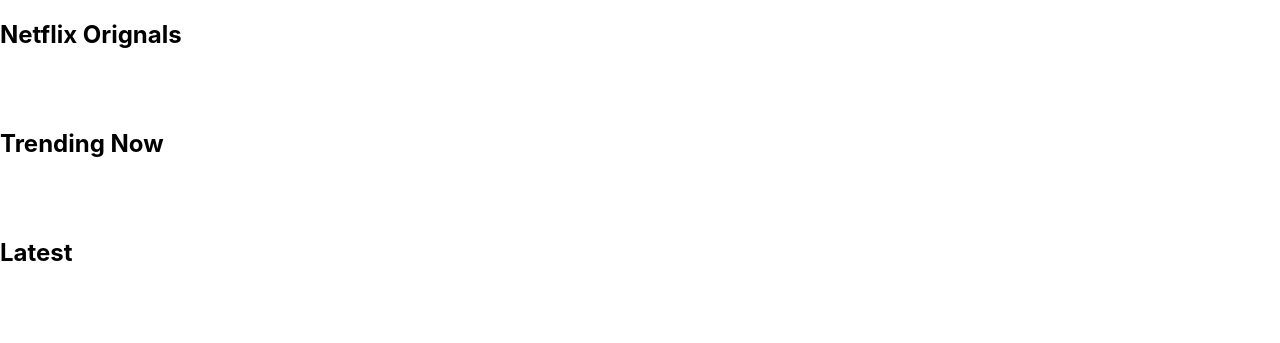
Repository: shehriyarnadeem/netflix-clone
Page: /
An editor plug-in stored every save of this project. The page is shown before and after the next save, followed by the edit.
The browser window is 1280 px wide. The pictures show the whole page.
Pictures or frames that could not be fetched are drawn as grey boxes. The page's requests for data from a server got no answer. The project was rebuilt for these pictures with package versions that can differ from the ones it lists, and the page was loaded fresh each time. No one was signed in, and anything a server would have sent is missing.

Above is the page before, as saved 2020-08-01 14:00:01.

### src/App.js
import React from "react";
import Banner from "./Banner";
import Row from "./components/Row";
import requests from "./Requests";
function App() {
  return (
    <div className="App">
      {/* Banner */}
      <Banner />
      <Row
        title="Netflix Orignals"
        fetchUrl={requests.fetchTrending}
        isLargeRow
      />
      <Row title="Trending Now" fetchUrl={requests.fetchTrending} />
      <Row title="Latest" fetchUrl={requests.fetchTrending} />
    </div>
  );
}

export default App;

### src/Banner.js
import React, { useState, useEffect } from "react";
import axios from "./axios";

import requests from "./Requests";

const Banner = () => {
  const [movie, setMovie] = useState([]);

  useEffect(() => {
    async function fetchBanner() {
      const request = await axios.get(requests.fetchTrending);
      setMovie(request.data.results[0]);
      return request;
    }
    fetchBanner();
  }, []);

  console.log(movie);
  return (
    <>
      <header
        className="banner"
        style={{
          backgroundImage: `url("https://image.tmdb.org/t/p/original/${movie?.backdrop_path}")`,
          backgroundSize: "cover",
          backgroundPosition: "center center",
        }}
      >
        <div className="banner__contents">
          <h2>{movie?.name || movie?.title || movie?.original_name}</h2>
        </div>
      </header>
    </>
  );
};

export default Banner;

### src/components/Row.js
import React, { useState, useEffect } from "react";
import axios from "../axios";
import "./Row.css";
const base_url = "https://image.tmdb.org/t/p/original";
const Row = ({ title, fetchUrl, isLargeRow }) => {
  const [movies, setMovies] = useState([]);

  useEffect(() => {
    async function fetchData() {
      const request = await axios.get(fetchUrl);
      setMovies(request.data.results);
      return request;
    }
    fetchData();
  }, [fetchUrl]);

  return (
    <div className="row">
      <h2>{title} </h2>
      <div className="row__posters">
        {movies.map((movie) => {
          return (
            <img
              key={movie.id}
              className={`row__poster ${isLargeRow && "row_posterLarge"}`}
              src={`${base_url}${
                isLargeRow ? movie.poster_path : movie.backdrop_path
              }`}
              alt={movie.name}
            />
          );
        })}
      </div>
    </div>
  );
};

export default Row;

### src/Requests.js
const APIKEY = "e88ea907647291ec3b149500015d876a";
const requests = {
  fetchTrending: `/trending/all/week?api_key=${APIKEY}&language=en-US`,
};

export default requests;

### src/axios.js
import axios from "axios";

const instance = axios.create({
  baseURL: "https://api.themoviedb.org/3",
});

instance.get("/foo-bar");

export default instance;

### src/components/Row.css
.row__posters {
  display: flex;
  overflow-x: scroll;
  padding: 20px;
}
.row__posters::-webkit-scrollbar {
  display: none;
}

.row__poster {
  object-fit: contain;
  width: 100%;
  max-height: 100px;
  margin-right: 10px;
  transform: transform 450ms;
}

.row__poster:hover {
  transform: scale(1.08);
}

.row_posterLarge {
  max-height: 250px;
}

.row__poster:hover {
  transform: scale(1.09);
}

Loaded but not shown: public/index.html (common file); src/index.js (common file); src/index.css (common file)

After the next save:
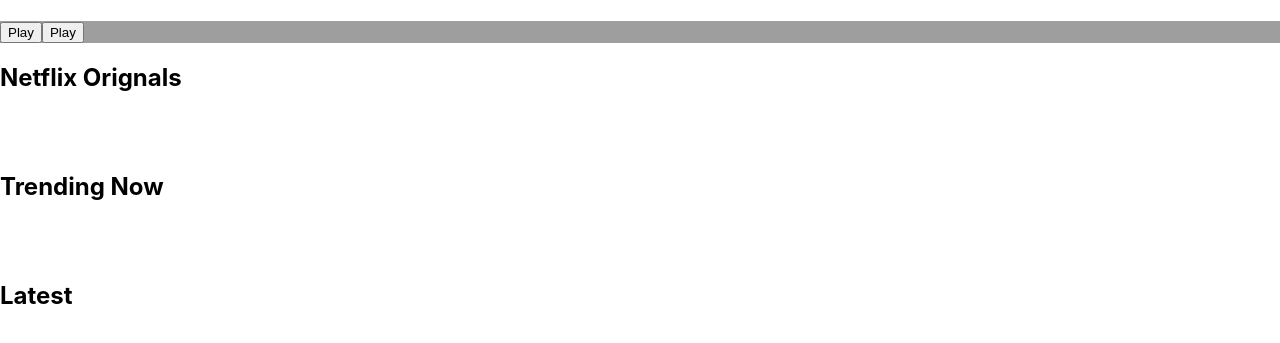
Saved 84 s later.
--- a/src/Banner.js
+++ b/src/Banner.js
@@ -27,7 +27,11 @@
         }}
       >
         <div className="banner__contents">
-          <h2>{movie?.name || movie?.title || movie?.original_name}</h2>
+          <h1>{movie?.name || movie?.title || movie?.original_name}</h1>
+        </div>
+        <div className="banner__buttons">
+          <button className="banner__button">Play</button>
+          <button className="banner__button">Play</button>
         </div>
       </header>
     </>
